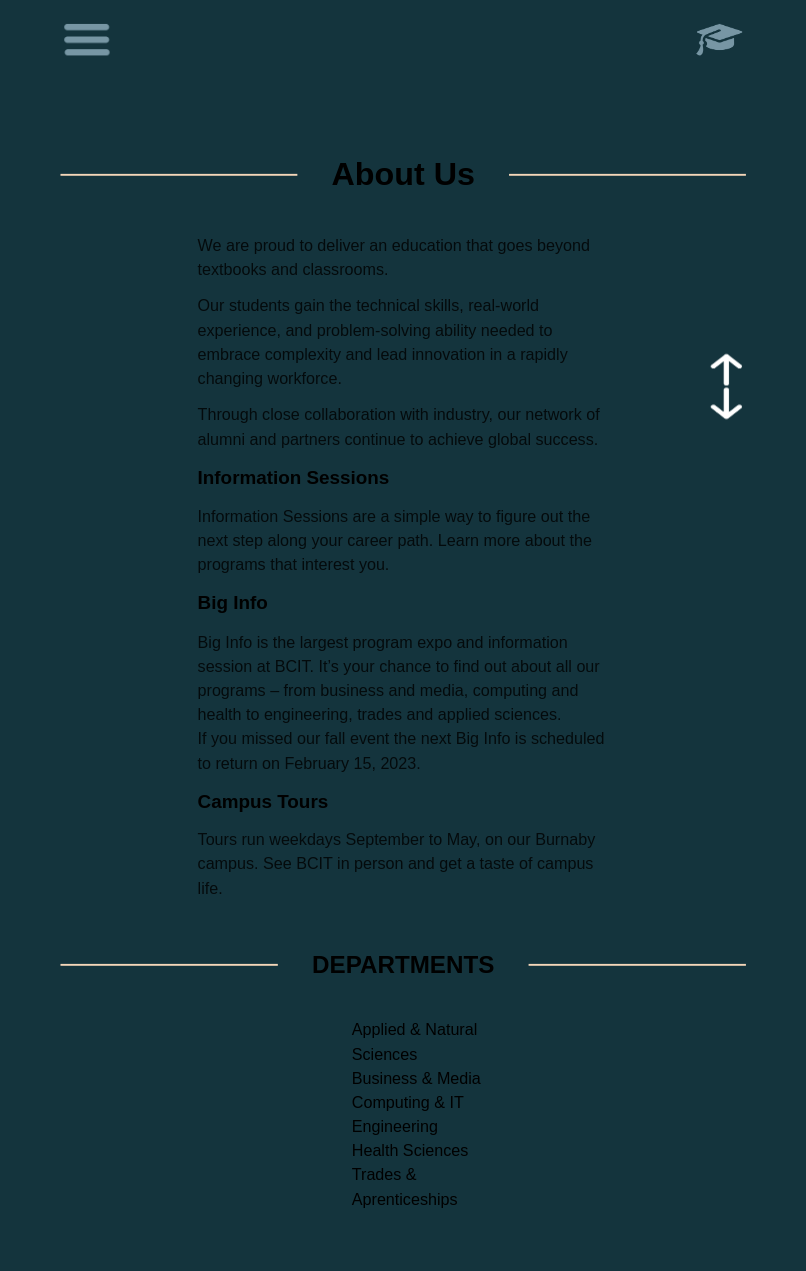
Repository: Kinakopan/playwright_bcit
Page: /about
These files come from the project's save history. The page is drawn as it stood at one moment and after the next save; the edit follows.
The browser window is 1280 px wide. The pictures show the whole page, at 63% of full size.
Some web fonts or font styles are not loaded; a fallback is used. The project was rebuilt for these pictures with package versions that can differ from the ones it lists, and the page was loaded fresh each time. The framework's server and built-in components were replaced by stand-ins that run in the browser. Also part of the build but not shown: next.config.js.

Above is the page before, as saved 2023-01-28 11:20:15.

### pages/_app.js
// import '@/styles/globals.css'
import '../styles/globals.css'
import '../styles/variables.css'
import Head from 'next/head'

export default function App({ Component, pageProps }) {
  return (
    <>
      <Head>
        <title>Example #1</title>
        <meta name="description" content="Generated by create next app" />
        <meta name="viewport" content="width=device-width, initial-scale=1" />
        <link href="https://fonts.googleapis.com/css2?family=Myriad+Pro:wght@100;400;700&display=swap" rel="stylesheet" />
        <link rel="icon" href="/favicon.ico" />
      </Head>
      <Component {...pageProps} />
    </>
  )
}

### pages/about.js
// export default function About() {
//   return (
//     <div>
//       <h1>About Page</h1>
//       <h1>About Page</h1>
//     </div>
//   )
// }


// import axios from 'axios'
import Link from 'next/link';
import styles from '@/styles/Home.module.css';
import Arrow from '/components/arrow';
import Navbar from '/components/navbar';
import { Inter } from '@next/font/google';
import { useState, useEffect } from 'react';

const inter = Inter({ subsets: ['latin'] })

export default function About() {

  return (
    <>
      <div
        className={styles.body_about}
        >
        <div className={styles.wrapper}>

          <Navbar/>

          {/* Main contents under nav bar */}
          <main className={styles.main}>

          {/* About Us */}
          <h1 className={styles.text_heading1}>
            About Us
          </h1>

          <div className={styles.cont_section1}>
            <p className={styles.text_body}>
              We are proud to deliver an education that goes beyond textbooks and classrooms.
            </p>

            <p className={styles.text_body}>
              Our students gain the technical skills, real-world experience, and problem-solving ability needed to embrace complexity and lead innovation in a rapidly changing workforce.
            </p>

            <p className={styles.text_body}>
              Through close collaboration with industry, our network of alumni and partners continue to achieve global success.
            </p>

            <h3 className={styles.text_heading2}>
              Information Sessions
            </h3>

            <p className={styles.text_body}>
              Information Sessions are a simple way to figure out the next step along your career path. Learn more about the programs that interest you.
            </p>

            <h3 className={styles.text_heading2}>
              Big Info
            </h3>

            <p className={styles.text_body}>
              Big Info is the largest program expo and information session at BCIT. It’s your chance to find out about all our programs – from business and media, computing and health to engineering, trades and applied sciences.<br/>

              If you missed our fall event the next Big Info is scheduled to return on February 15, 2023.
            </p>

            <h3 className={styles.text_heading2}>
              Campus Tours
            </h3>

            <p className={styles.text_body}>
              Tours run weekdays September to May, on our Burnaby campus. See BCIT in person and get a taste of campus life.
            </p>
          </div>

          {/* DEPARTMENTS */}
          <h2 className={styles.text_heading1}>
            DEPARTMENTS
          </h2>

          <div className={styles.cont_section2}>
            <ul className={styles.box_list}>
              <li>
                Applied & Natural Sciences
              </li>
              <li>
                Business & Media
              </li>
              <li>
                Computing & IT
              </li>
              <li>
                Engineering
              </li>
              <li>
                Health Sciences
              </li>
              <li>
                Trades & Aprenticeships
              </li>
            </ul>
          </div>


          </main>

          <Arrow/>

        </div>
      </div>
    </>
  )
}

### styles/variables.css
:root {
  --primary-color: |#fff;
  --secondary-color: #F4D6B9;
  --ternary-color: #7796A4;
  --quaternary-color: #14343D;
  --quinary-color: rgba(16,46,53,0.5);
}

### styles/Home.module.css
@import '/styles/variables.css';

.main {
  display: flex;
  flex-direction: column;
  justify-content: space-between;
  align-items: center;
  padding: 6rem;
  min-height: 100vh;
}

.description {
  display: inherit;
  justify-content: inherit;
  align-items: inherit;
  font-size: 0.85rem;
  max-width: var(--max-width);
  width: 100%;
  z-index: 2;
  font-family: var(--font-mono);
}

.description a {
  display: flex;
  justify-content: center;
  align-items: center;
  gap: 0.5rem;
}

.description p {
  position: relative;
  margin: 0;
  padding: 1rem;
  background-color: rgba(var(--callout-rgb), 0.5);
  border: 1px solid rgba(var(--callout-border-rgb), 0.3);
  border-radius: var(--border-radius);
}

.code {
  font-weight: 700;
  font-family: var(--font-mono);
}

.grid {
  display: grid;
  grid-template-columns: repeat(4, minmax(25%, auto));
  width: var(--max-width);
  max-width: 100%;
}

.card {
  padding: 1rem 1.2rem;
  border-radius: var(--border-radius);
  background: rgba(var(--card-rgb), 0);
  border: 1px solid rgba(var(--card-border-rgb), 0);
  transition: background 200ms, border 200ms;
}

.card span {
  display: inline-block;
  transition: transform 200ms;
}

.card h2 {
  font-weight: 600;
  margin-bottom: 0.7rem;
}

.card p {
  margin: 0;
  opacity: 0.6;
  font-size: 0.9rem;
  line-height: 1.5;
  max-width: 30ch;
}

.center {
  display: flex;
  justify-content: center;
  align-items: center;
  position: relative;
  padding: 4rem 0;
}

.center::before {
  background: var(--secondary-glow);
  border-radius: 50%;
  width: 480px;
  height: 360px;
  margin-left: -400px;
}

.center::after {
  background: var(--primary-glow);
  width: 240px;
  height: 180px;
  z-index: -1;
}

.center::before,
.center::after {
  content: '';
  left: 50%;
  position: absolute;
  filter: blur(45px);
  transform: translateZ(0);
}

.logo,
.thirteen {
  position: relative;
}

.thirteen {
  display: flex;
  justify-content: center;
  align-items: center;
  width: 75px;
  height: 75px;
  padding: 25px 10px;
  margin-left: 16px;
  transform: translateZ(0);
  border-radius: var(--border-radius);
  overflow: hidden;
  box-shadow: 0px 2px 8px -1px #0000001a;
}

.thirteen::before,
.thirteen::after {
  content: '';
  position: absolute;
  z-index: -1;
}

/* Conic Gradient Animation */
.thirteen::before {
  animation: 6s rotate linear infinite;
  width: 200%;
  height: 200%;
  background: var(--tile-border);
}

/* Inner Square */
.thirteen::after {
  inset: 0;
  padding: 1px;
  border-radius: var(--border-radius);
  background: linear-gradient(
    to bottom right,
    rgba(var(--tile-start-rgb), 1),
    rgba(var(--tile-end-rgb), 1)
  );
  background-clip: content-box;
}

/* Enable hover only on non-touch devices */
@media (hover: hover) and (pointer: fine) {
  .card:hover {
    background: rgba(var(--card-rgb), 0.1);
    border: 1px solid rgba(var(--card-border-rgb), 0.15);
  }

  .card:hover span {
    transform: translateX(4px);
  }
}

@media (prefers-reduced-motion) {
  .thirteen::before {
    animation: none;
  }

  .card:hover span {
    transform: none;
  }
}

/* Mobile */
@media (max-width: 700px) {
  .content {
    padding: 4rem;
  }

  .grid {
    grid-template-columns: 1fr;
    margin-bottom: 120px;
    max-width: 320px;
    text-align: center;
  }

  .card {
    padding: 1rem 2.5rem;
  }

  .card h2 {
    margin-bottom: 0.5rem;
  }

  .center {
    padding: 8rem 0 6rem;
  }

  .center::before {
    transform: none;
    height: 300px;
  }

  .description {
    font-size: 0.8rem;
  }

  .description a {
    padding: 1rem;
  }

  .description p,
  .description div {
    display: flex;
    justify-content: center;
    position: fixed;
    width: 100%;
  }

  .description p {
    align-items: center;
    inset: 0 0 auto;
    padding: 2rem 1rem 1.4rem;
    border-radius: 0;
    border: none;
    border-bottom: 1px solid rgba(var(--callout-border-rgb), 0.25);
    background: linear-gradient(
      to bottom,
      rgba(var(--background-start-rgb), 1),
      rgba(var(--callout-rgb), 0.5)
    );
    background-clip: padding-box;
    backdrop-filter: blur(24px);
  }

  .description div {
    align-items: flex-end;
    pointer-events: none;
    inset: auto 0 0;
    padding: 2rem;
    height: 200px;
    background: linear-gradient(
      to bottom,
      transparent 0%,
      rgb(var(--background-end-rgb)) 40%
    );
    z-index: 1;
  }
}

/* Tablet and Smaller Desktop */
@media (min-width: 701px) and (max-width: 1120px) {
  .grid {
    grid-template-columns: repeat(2, 50%);
  }
}

@media (prefers-color-scheme: dark) {
  .vercelLogo {
    filter: invert(1);
  }

  .logo,
  .thirteen img {
    filter: invert(1) drop-shadow(0 0 0.3rem #ffffff70);
  }
}

@keyframes rotate {
  from {
    transform: rotate(360deg);
  }
  to {
    transform: rotate(0deg);
  }
}



/*****************************
******************************
            AUTHOR
******************************
*****************************/

/*============================
    From here - Common Style
============================*/
/* From here - components/navbar.js */
.nav {
  display: flex;
  flex-direction: row;
  justify-content: space-between;
  width: 100%;
  padding: 3% 8% 0 8%;
}

.burgar,
.hat {
  width: fit-content;
}

/* From here - components/arrow.js */
.arrowBox {
  flex: 1;
  display: flex;
  flex-direction: column;
  justify-content: space-between;
  align-items: flex-end;
  position: fixed;
  width: fit-content;
  height: 12%;
  right: 8%;
  bottom: 10%;
}

.arrowBox * {
  background: transparent;
  border: none;
}

/* From here - general */
.body_home,
.body_about,
.body_contact,
.wrapper {
  display: flex;
  flex-direction: column;
  width: 100vw;
}

.body_home,
.body_about,
.body_contact {
  /* font-size: 62.5%; */
  background-size: cover;
  background-position: center;
  background-repeat: no-repeat;
  line-height: 1.5;
  font-family: 'Myriad Pro', sans-serif;
  font-weight: 100;
  text-align: left;
}

.wrapper {
  font-size: 1.6rem;
  background-size: cover;
}

.main {
  display: flex;
  width: 100%;
}

/* .text_heading_h1 {

}

.text_heading_h2 {

} */
/*============================
    From here - Home Page
============================*/
.body_home {
  height: 100vh;
  overflow: hidden;
}

.body_home .main {
  flex-direction: row;
  justify-content: flex-start;
  align-items: flex-end;
  padding: 0 0 12% 21%;
}

.body_home .cont_main {
  display: flex;
  flex-direction: column;
  width: 48%;
}

.body_home .cont_main * {
  color: var(--primary-color);
}

.body_home .text_heading1 {
  font-family: 'Myriad Pro', sans-serif;
  /* font-size: 3.6rem; */
  font-size: 220%;
  line-height: 1.3;
  padding-bottom: 3%;
  margin-bottom: 3%;
  border-bottom: 4px solid;
  border-image: linear-gradient(to right, rgba(244,214,185,1) 0%, rgba(244,214,185,1) 69%, rgba(244,214,185,0) 69%, rgba(244,214,185,0) 100%) 1;
}

.body_home .text_body,
.body_home .box_btn * {
  opacity: .9;
}

.body_home .box_btn {
  display: flex;
  flex-direction: row;
}

.body_home .box_btn * {
  font-size: 1.4rem;
  background: transparent;
  padding: .3% 3%;
  border: 3px solid;
  border-color: var(--primary-color);
  border-radius: 10px;
  margin: 3% 2.5% 0 0;
}

.body_home .btn_about:hover {
  color: transparent;
  background: white;
}

/*============================
    From here - About Page
============================*/
.body_about {
  background: var(--quaternary-color);
}

/* .body_about .main {

} */

.body_about .text_heading1 {
  display: flex;
  align-items: center;
  width: 100%;
  padding: 5% 0;
}

.body_about .text_heading1:before,
.body_about .text_heading1:after {
  content: "";
  height: 3px;
  flex-grow: 1;
  background: var(--secondary-color);
}

.body_about .text_heading1:before {
  margin-right: 5%;
}

.body_about .text_heading1:after {
  margin-left: 5%;
}

.body_about .cont_section1,
.body_about .cont_section2 {
  display: flex;
  flex-direction: column;
  justify-content: flex-start;
  width: 60%;
}
.body_about .cont_section2 {
  width: 25%;
  padding-left: 5%;
}

.body_about .text_heading2,
.body_about .text_body {
  margin-bottom: 3%;
}

.body_about .text_heading2 {
  justify-content: flex-start;
}

.body_about .text_body {
  opacity: .8;
}

.body_about .box_list * {
  list-style: none;
}


/*============================
    From here - Contact Page
============================*/

### components/arrow.js
import Image from 'next/image';
import styles from '@/styles/Home.module.css';

export default function Arrow() {
  return (
    <div className={styles.arrowBox}>
      <button
        className={styles.arrowDown}
        onClick={() => setUpArrowClicked(true)}
      >
        <Image
          src='/icons/upwardArrow.png'
          alt="Upward arrow icon"
          width={50}
          height={50}
        />
      </button>

      <button
        className={styles.arrowDown}
        onClick={() => setDownArrowClicked(true)}
      >
        <Image
          src='/icons/downwardArrow.png'
          alt="Downward arrow icon"
          width={50}
          height={50}
        />
      </button>
    </div>
  )
}

### components/navbar.js
import Image from 'next/image';
import styles from '@/styles/Home.module.css';

export default function Navbar() {
  return (
    <nav className={styles.nav}>
      <Image
        className={styles.burgar}
        src='/icons/menu-icon.png'
        alt="menu icon"
        width={50}
        height={50}
      />
      <Image
        className={styles.hat}
        src='/icons/graduation-hat.png'
        alt="Graduation hat icon"
        width={50}
        height={50}
      />
    </nav>
  )
}

Loaded but not shown: pages/_document.js (common file); styles/globals.css (common file)

After the next save:
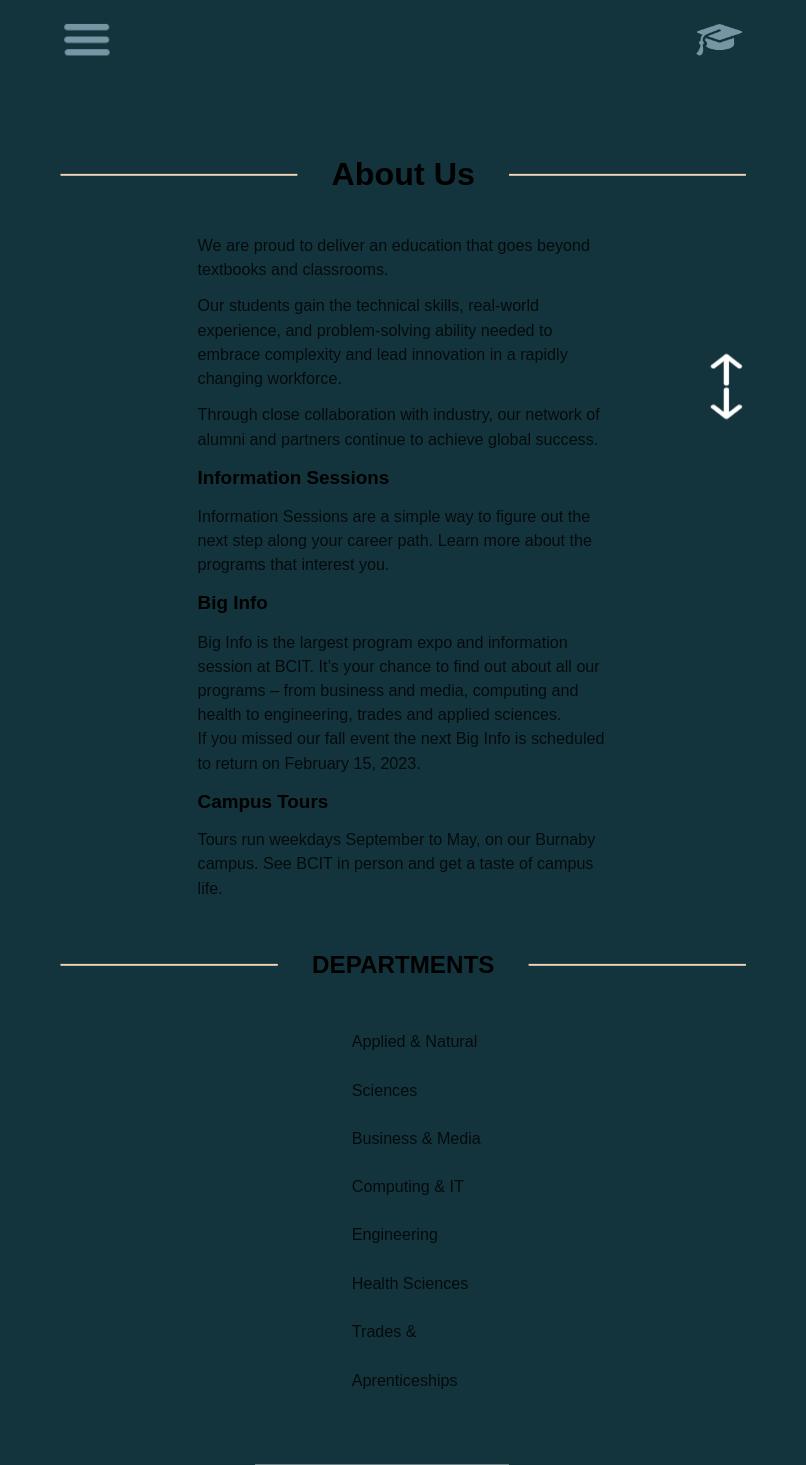
Saved 46 s later.
--- a/styles/Home.module.css
+++ b/styles/Home.module.css
@@ -479,12 +479,14 @@
   justify-content: flex-start;
 }
 
-.body_about .text_body {
+.body_about .text_body,
+.body_about .box_list *  {
   opacity: .8;
 }
 
 .body_about .box_list * {
   list-style: none;
+  line-height: 3;
 }
 
 
